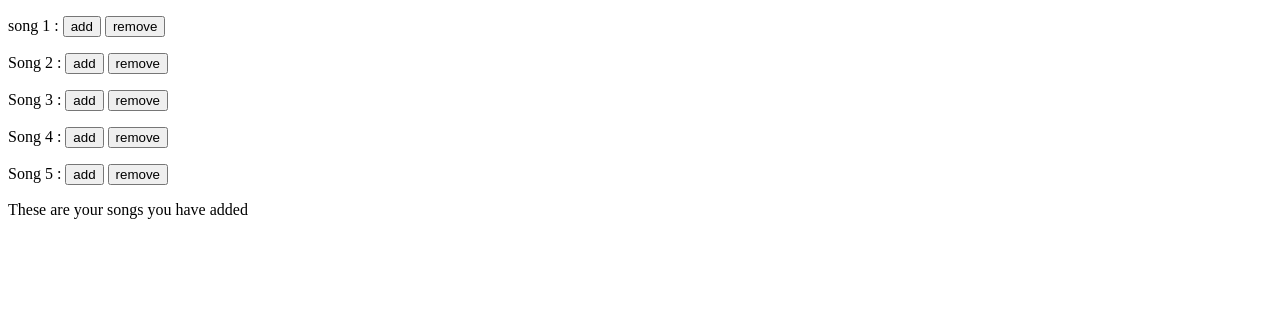
Repository: Kushal18/referesher_assignment1
Page: Html5/WebContent/localStorage.html
An editor plug-in stored every save of this project. The page is shown before and after the next save, followed by the edit.
The browser window is 1280 px wide. The pictures show the whole page.

Above is the page before, as saved 2016-09-17 12:03:27.

### Html5/WebContent/localStorage.html
<!DOCTYPE html>
<html>
<head>
<meta charset="ISO-8859-1">
<title>My Music Play List</title>
</head>
<body onload="loadSongs()">
<p>song 1 :  <input type = "button" value="add" onclick="add()" >
<input type = "button" value="remove" onclick="remove()" ></p>
<p>Song 2 :  <input type = "button" value="add" onclick="add()">
<input type = "button" value="remove" onclick="remove()" ></p>
<p>Song 3 : <input type = "button" value="add" onclick="add()" >
<input type = "button" value="remove" onclick="remove()" ></p>
<p>Song 4 : <input type = "button" value="add" onclick="add()">
<input type = "button" value="remove" onclick="remove()" ></p>
<p>Song 5 :  <input type = "button" value="add" onclick="add()">
<input type = "button" value="remove" onclick="remove()"></p>
<p>These are your songs you have added</p>
<div id="song1"></div>
<div id="song2"></div>
<div id="song3"></div>
<div id="song4"></div>
<div id="song5"></div>
</body>
<Script>
function loadSongs(){
	if(localStorage.song1 && Number(localStorage.song1) !=0){
		document.getElementById("song1").innerHTML = "song1";
	} else if(localStorage.song1 && Number(localStorage.song1) == 0){
		document.getElementById("song1").innerHTML = "";
	}
}
function add(){
	if(typeof(Storage)!== "undefined"){
		if (localStorage.song1) {
		localStorage.song1 = Number(localStorage.song1)+1;
		} else{
			localStorage.song1 = 1;
		}
		loadSongs();
		}else{
			document.getElementById("song1").innerHTML = "Sorry, your browser does not support web storage...";
		}

	}
</Script>
</html>

After the next save:
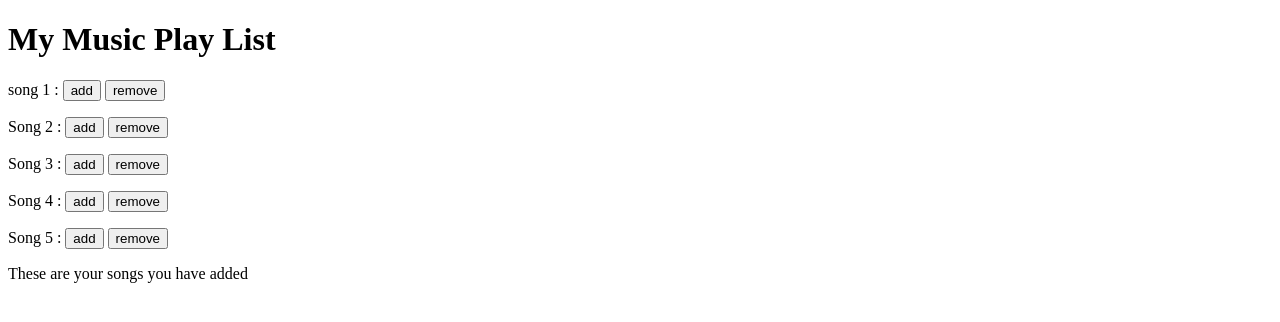
Saved 59 s later.
--- a/Html5/WebContent/localStorage.html
+++ b/Html5/WebContent/localStorage.html
@@ -5,6 +5,7 @@
 <title>My Music Play List</title>
 </head>
 <body onload="loadSongs()">
+<h1>My Music Play List</h1>
 <p>song 1 :  <input type = "button" value="add" onclick="add()" >
 <input type = "button" value="remove" onclick="remove()" ></p>
 <p>Song 2 :  <input type = "button" value="add" onclick="add()">
